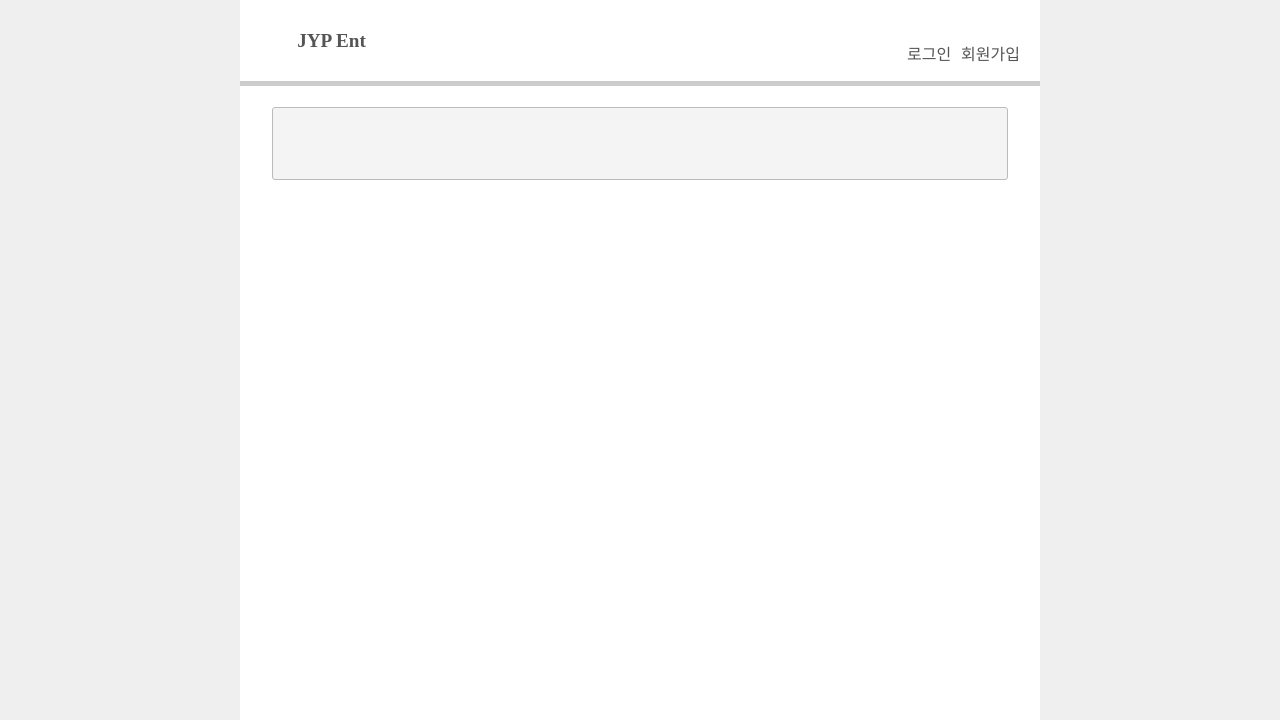
Repository: junyong231/JSP-SSIT
Page: http://localhost/jspPro/days03/ex10.jsp
The author's editor kept a copy of each file at every save. The page is drawn from the files as they stood at one save, then again after the next save.
The browser window is 1280 px wide. The pictures show the whole page.
Some web fonts or font styles are not loaded; a fallback is used. The page is served by Tomcat 9. Other server files are loaded and not shown.

Above is the page before, as saved 2024-10-17 07:48:37.

### jspPro/src/main/webapp/days03/ex10.jsp
<%@ page contentType="text/html; charset=UTF-8" pageEncoding="UTF-8"%>
<!DOCTYPE html>
<html>
<head>
<meta charset="UTF-8">
<title>Insert title here</title>
<link rel="shortcut icon" type="image/x-icon" href="http://localhost/jspPro/images/SiSt.ico">
<script src="https://ajax.googleapis.com/ajax/libs/jquery/3.7.1/jquery.min.js"></script>
<meta name="viewport" content="width=device-width, initial-scale=1.0">
<meta name="google" content="notranslate">
<link rel="stylesheet" href="http://localhost/jspPro/resources/cdn-main/example.css">
<script src="http://localhost/jspPro/resources/cdn-main/example.js"></script>
<style>
 span.material-symbols-outlined{
    vertical-align: text-bottom;
 }
</style>
</head>
<body>
<header>
  <h1 class="main"><a href="#" style="position: absolute;top:30px;">JYP Ent</a></h1>
  <ul>
    <li><a href="#">로그인</a></li>
    <li><a href="#">회원가입</a></li>
  </ul>
</header>
<div>
  <xmp class="code">

  </xmp>
</div>
</body>
</html>

### jspPro/src/main/webapp/resources/cdn-main/example.css
@charset "UTF-8";

@import url('https://fonts.googleapis.com/css2?family=Material+Symbols+Outlined:opsz,wght,FILL,GRAD@20..48,100..700,0..1,-50..200');

@font-face {
    font-family: 'GmarketSansMedium';
    src: url('https://cdn.jsdelivr.net/gh/projectnoonnu/noonfonts_2001@1.1/GmarketSansMedium.woff') format('woff');
    font-weight: normal;
    font-style: normal;
}

:root {
	--text-color: #555;
	--sub-text-color: #777;
	--back-color: #EFEFEF;
	--header-color: #444;
	--primary-color: #DEDEDE;
	--secondary-color: #EFEFEF;
	--default-width: 800px;
	--narrow-width: 500px;
	--wide-width: 1200px;
	--text-font: 'GmarketSansMedium';
	--icon-font: 'Material Symbols Outlined';
	--border-color: #CCC;
}

html, body {
	margin: 0;
	padding: 0;
}

html {
	background-color: var(--back-color);
	display: flex;
	justify-content: center;
	min-height: 100vh;
}

body, body.default {
	width: var(--default-width);
	background-color: white;
	padding-bottom: 120px;
}

body.wide {
	width: var(--wide-width);
}

body.narrow {
	width: var(--narrow-width);
}



body, p, div, span, a, input, select, option, textarea, button, table, th, td, label, fieldset, legend {
	font-family: var(--text-font);
	color: var(--text-color);
}

h1, h2, h3 {
	font-family: var(--text-font);
	color: var(--header-color);
	padding: 0 1rem;
	padding-top: .5rem;
}

div > h1, div > h2, div > h3 {
	padding: 0;
}

body > div, body > main > div {
	padding: 0.3rem 1rem;
}


h1 { font-size: 2rem; border-bottom: 1px solid var(--border-color); }
h1 small { font-size: 1.2rem; color: var(--sub-text-color); }
h2 { font-size: 1.5rem; border-bottom: 1px dashed var(--border-color); }
h2 small { font-size: 1.1rem; color: --sub-text-color; }
h3 { font-size: 1.2rem; }
h3 small { font-size: 1rem; color: --sub-text-color; }



h1.main::before {
	font-family: var(--icon-font);
  	content: '\e666';
  	margin-right: 10px;
  	float: left;
	font-size: 2.5rem;
}

h1.sub::before {
	font-family: var(--icon-font);
  	content: '\ea19';
  	margin-right: 10px;
  	float: left;
	font-size: 2.5rem;
}


h1.page::before {
	font-family: var(--icon-font);
  	content: '\e0e0';
  	margin-right: 10px;
  	float: left;
	font-size: 2.5rem;
}

body > header > ul > li > .active{
	background-color: #FFF;
	color:#F00;
}

body > header {
	display: flex;
	justify-content: space-between;
	border-bottom: 5px solid var(--border-color);
	min-height: 74px;
	background-color: #FFF;
}

body > header.sticky {
	position: sticky;
	top: 0;
	z-index: 98;
}

body > header > h1 {
	font-size: 1.2rem;
	border: 0;
}

body > header.in > h1::before {
	font-family: var(--icon-font);
  	content: '\e332‥';
  	margin-right: 3px;
  	float: left;
	font-size: 2rem;
}


body > header > ul {
	list-style-type: none;
	display: flex;
	align-items: flex-end;
	margin-right: 10px;
}

body > header > ul > li {
	margin-right: 10px;
	cursor: pointer;
}

body > header > ul > li > a {
	cursor: pointer;
}


form {
	display: block;
}

form > div {
	padding: 0.3rem 1rem;
}

div > form > div {
	padding: 0.3rem 0;
}

input, textarea, button, select {
	border: 1px solid #BBB;
	border-radius: 3px;
	outline: none;
	resize: none;
	padding: 7px;
	margin: 0;
}

input[type=text]:read-only, textarea:read-only {
	cursor: not-allowed;
	background-color: #FFF;
}

input[type=text]:disabled, textarea:disabled {
	cursor: not-allowed;
	background-color: #EEE;
}

input[type=text], input[type=password], textarea, button, select {
	/* width: 300px; */
}

textarea {
	display: block;
	height: 100px;
}

input[type=button], input[type=submit], button {
	/* width: inherit; */
}

input.short, textarea.short, button.short, select.short {
	width: 100px;
}

input.long, textarea.long, button.long, select.long {
	width: 350px;
}

.narrow input.long, .narrow textarea.long, .narrow button.long, .narrow select.long {
	width: calc(100% - 20px);
}

input.full, textarea.full, button.full, select.full {
	width: calc(100% - 20px);
}

textarea.short {
	height: 50px;
}

textarea.long {
	height: 100px;
}

textarea.full {
	height: 200px;
}

input, textarea {
	padding-top: 8px;
}

input[type=button], input[type=submit], button {
	padding: 5px 10px;
	background-color: var(--secondary-color);
	cursor: pointer;
	min-height: 36px;
}

input[type=button].primary, input[type=submit].primary, button.primary {
	/* background-color: rgba(100, 149, 237, .2); */
	background-color: var(--primary-color);
}

input[type=button].primary:hover, input[type=submit].primary:hover, button.primary:hover {
	/* background-color: rgba(100, 149, 237, .3); */
	background-color: var(--secondary-color);
}

input[type=button]:hover, input[type=submit]:hover, button:hover {
	background-color: var(--primary-color);
}

button {
	position: relative;
	left: 0;
	top: 0;
	padding-left: 35px;
}

button .material-symbols-outlined {
	position: absolute;
	left: 10px;
	top: 4px;
}

/* k2nik add */
button.login::before {
	font-family: var(--icon-font);
  	content: '\ea77';
	position: absolute;
	left: 11px;
	top: 4px;
	font-size: 1.25rem;
}

/* k2nik logout */
button.logout::before {
	font-family: var(--icon-font);
  	content: '\e9ba';
	position: absolute;
	left: 11px;
	top: 4px;
	font-size: 1.25rem;
}

/* k2nik help */
button.help::before {
	font-family: var(--icon-font);
  	content: '\f1c0';
	position: absolute;
	left: 11px;
	top: 4px;
	font-size: 1.25rem;
}

button.add::before{
	font-family: var(--icon-font);
  	content: '\e746';
	position: absolute;
	left: 11px;
	top: 4px;
	font-size: 1.25rem;
}

button.back::before {
	font-family: var(--icon-font);
  	content: '\e166';
	position: absolute;
	left: 11px;
	top: 4px;
	font-size: 1.25rem;
}

button.list::before {
	font-family: var(--icon-font);
  	content: '\e0ee';
	position: absolute;
	left: 11px;
	top: 4px;
	font-size: 1.25rem;
}


button.del::before {
	font-family: var(--icon-font);
  	content: '\e872';
	position: absolute;
	left: 11px;
	top: 4px;
	font-size: 1.25rem;
}


button.edit::before {
	font-family: var(--icon-font);
  	content: '\e745';
	position: absolute;
	left: 11px;
	top: 4px;
	font-size: 1.25rem;
}


button.login::before {
	font-family: var(--icon-font);
  	content: '\ea77';
	position: absolute;
	left: 11px;
	top: 4px;
	font-size: 1.25rem;
}


button.logout::before {
	font-family: var(--icon-font);
  	content: '\e9ba';
	position: absolute;
	left: 11px;
	top: 4px;
	font-size: 1.25rem;
}


button.in::before {
	font-family: var(--icon-font);
  	content: '\f71a';
	position: absolute;
	left: 11px;
	top: 4px;
	font-size: 1.25rem;
}


button.out::before {
	font-family: var(--icon-font);
  	content: '\f70e';
	position: absolute;
	left: 11px;
	top: 4px;
	font-size: 1.25rem;
}


button.reply::before {
	font-family: var(--icon-font);
  	content: '\e15e';
	position: absolute;
	left: 11px;
	top: 4px;
	font-size: 1.25rem;
}


button.comment::before {
	font-family: var(--icon-font);
  	content: '\e0b9';
	position: absolute;
	left: 11px;
	top: 4px;
	font-size: 1.25rem;
}


button.modal::before {
	font-family: var(--icon-font);
  	content: '\e89e';
	position: absolute;
	left: 11px;
	top: 4px;
	font-size: 1.25rem;
}


button.ok::before {
	font-family: var(--icon-font);
  	content: '\e86c';
	position: absolute;
	left: 11px;
	top: 4px;
	font-size: 1.25rem;
}


button.cancel::before {
	font-family: var(--icon-font);
  	content: '\e5c9';
	position: absolute;
	left: 11px;
	top: 4px;
	font-size: 1.25rem;
}

button.search::before {
	font-family: var(--icon-font);
  	content: '\e8b6';
	position: absolute;
	left: 11px;
	top: 4px;
	font-size: 1.25rem;
}

button.home::before {
	font-family: var(--icon-font);
  	content: '\e88a';
	position: absolute;
	left: 11px;
	top: 4px;
	font-size: 1.25rem;
}


button.sidebar::before {
	font-family: var(--icon-font);
  	content: '\f7e4';
	position: absolute;
	left: 11px;
	top: 4px;
	font-size: 1.25rem;
}


button.sidebar-right::before {
	font-family: var(--icon-font);
  	content: '\f7e5';
	position: absolute;
	left: 11px;
	top: 4px;
	font-size: 1.25rem;
}




button::before {
	font-family: var(--icon-font);
  	content: '\e323';
	position: absolute;
	left: 11px;
	top: 4px;
	font-size: 1.25rem;
}


table {
	border-collapse: collapse;
	margin: 1rem;
	box-sizing: border-box;
	width: calc(100% - 32px);
}

table.content {
	width: auto;
}

div > table {
	margin: 0;
}

table th, table td {
	border: 1px solid var(--border-color);
	padding: 7px;
	font-weight: normal;
}

table th {
	background-color: var(--back-color);
}

table.vertical th {
	width: 150px;
}

table.vertical td {
	width: calc(100% - 182px);
	padding-left: 10px;
}

table.content td, table.content th {
	width: auto;
}

body.narrow table.vertical th {
	width: 100px;
}

body.narrow table.vertical td {
	width: calc(100% - 182px);
}


table + table {
	margin-top: 30px;
}


p {
	padding: 0 1rem;
}

a {
	text-decoration: none;
}

a:hover {
	color: rgba(255, 99, 71, .7);
}

hr {
	border: 0;
	border-top: 1px solid var(--border-color);
	margin: 2rem 0;
}

.message {
	border: 1px solid var(--border-color);
	background-color: #EFEFEF;
	margin: 1rem;
	width: auto;
	padding-top: 10px;
	padding-bottom: 10px;
	font-size: 14px;
}

.message[title]::before {
	content: attr(title);
	display: block;
	border-bottom: 1px solid var(--border-color);
	padding-bottom: 5px;
	margin-bottom: 10px;
	margin-top: 7px;
}

.message.short {
	max-width: 250px;
}

.message.long {
	max-width: 500px;
}

.badge {
	float: right;
	font-size: .8rem;
	margin-top: 2px;
	margin-right: 2px;
	text-shadow: 0 0 7px gray;
}

.badge.left {
	float: none;
	margin-left: 2px;
}

.badge.right {
	float: right;
}

.badge.red {
	border-radius: 50%;
	padding: 2px 5px;
	background-color: rgb(255, 99, 71, .3);
}

.badge.yellow {

	border-radius: 50%;
	padding: 2px 5px;
	background-color: rgb(255, 215, 0, .5);
}

.badge.blue {
	border-radius: 50%;
	padding: 2px 5px;
	background-color: rgb(100, 149, 237, .3);
}

label + label {
	margin-left: 7px;
}

label input[type=checkbox], label input[type=radio] {
	transform: translate(0, 1px);
}

.group {
	display: flex;
}

.modal-content .group {
	margin-bottom: .5rem;
}

.group label {
	border: 1px solid #BBB;
	border-radius: 3px;
	outline: none;
	resize: none;
	padding: 7px 14px;
	margin: 0;
	border-top-right-radius: 0;
	border-bottom-right-radius: 0;
	background-color: #EFEFEF;
	white-space: nowrap;
	font-size: 14px;
}

.group input[type=text] {
	margin-left: -1px;
	border-top-left-radius: 0;
	border-bottom-left-radius: 0;
}

.group select {
	margin-left: -1px;
	border-top-left-radius: 0;
	border-bottom-left-radius: 0;
}

.group input.full[type=text] {
	margin-left: -1px;
	border-top-left-radius: 0;
	border-bottom-left-radius: 0;
	width: 100%;
}

.group input[type=button]:first-child, .group button:first-child {
	border-top-left-radius: 3px;
	border-bottom-left-radius: 3px;
	margin-left: 0px;
}

.group input[type=button], .group button {
	border-radius: 0;
	margin-left: -1px;
}

.group input[type=button]:last-child, .group button:last-child {
	margin-left: -1px;
	border-top-right-radius: 3px;
	border-bottom-right-radius: 3px;
}

.seperate {
	display: flex;
	justify-content: space-between;
}

div.list {
	width: max-content;
	margin: 1rem;
	border: 1px solid #BBB;
	border-radius: 3px;
	padding: 0;
}

div.list.full {
	width: auto;
	display: block;
	margin: 1rem;
	border: 1px solid #BBB;
	border-radius: 3px;
	padding: 0;
}

div.list > div {
	padding: .5rem 1rem;
	margin: 0;
	border-bottom: 1px solid #BBB;
}

div.list > div:last-child {
	border-bottom: 0;
}

pre.code , xmp.code{
	font-family: consols;
	background-color: rgba(150, 150, 150, .1);
	border: 1px solid #BBB;
	border-radius: 3px;
	padding: .5rem 1rem;
	padding-bottom: .6rem;
	margin: 1rem;
}




*[data-modal-window] {
	position: fixed;
	background-color: rgba(0, 0, 0, .3);
	left: 0;
	top: 0;
	display: none;
	justify-content: center;
	align-items: flex-start;
	width: 100%;
	min-height: 100vh;
	z-index: 100;
	opacity: 0;
	transition: 500ms all;
}

*[data-modal-window] .modal-container {
	border-radius: 5px;
	padding: 1rem;
	padding-bottom: .5rem;
	margin-top: -500px;
	opacity: 0;
	width: 500px;
	background-color: #FFF;
	margin-right: 2rem;
	transition: 500ms all;
}

*[data-modal-size=content] .modal-container {
	width: auto;
}

*[data-modal-size=narrow] .modal-container {
	width: 300px;
}

*[data-modal-size=wide] .modal-container {
	width: 760px;
}


*[data-modal-window] .modal-header {
	border-bottom: 1px solid var(--border-color);
	padding: 2px 5px;
}

*[data-modal-window] .modal-content {
	padding: 1rem 5px;
}

*[data-modal-window] .modal-content div:last-child {
	margin-top: 1rem;
	text-align: right;
}



*[data-sidebar-window] {
	position: fixed;
	background-color: #FFF;
	left: 0;
	top: 0;
	display: block;
	width: 300px;
	border-right: 1px solid var(--border-color);
	box-sizing: border-box;
	box-shadow: 0 0 3px var(--back-color);
	min-height: 100vh;
	z-index: 99;
	transform: translate(-300px, 0);
	transition-duration: 500ms;
	transition-property: transform;
}

*[data-sidebar-direction=right] {
	left: auto;
	right: 0;
	transform: translate(300px, 0);
	border-left: 1px solid var(--border-color);
}

*[data-sidebar-size=wide] {
	width: 500px;
	transform: translate(-500px, 0);
}

*[data-sidebar-window] .sidebar-title {
	border-bottom: 1px solid var(--border-color);
	margin-top: 20px;
	margin-bottom: 20px;
	padding-bottom: 5px;
	display: flex;
	justify-content: space-between;
}

*[data-sidebar-window] .sidebar-title span:last-child {
	cursor: pointer;
}


/* K2Nik pagination */
.center {
  text-align: center;
}

.pagination {
  display: inline-block;
}

.pagination a {
  color: black;
  float: left;
  padding: 3px 6px;
  text-decoration: none;
  transition: background-color .3s;
  border: 1px solid #ddd;
  margin: 0 3px;
}

.pagination a.active {
  background-color: #4CAF50;
  color: white;
  border: 1px solid #4CAF50;
}

.pagination a:hover:not(.active) {background-color: #ddd;}

### jspPro/src/main/webapp/resources/cdn-main/example.js

window.onload = () => {

    const list = document.querySelectorAll('input, textarea');

    list.forEach(item => {
        item.setAttribute('autocomplete', 'off');
    });


    const modal_btn_list = document.querySelectorAll('*[data-modal-button]');

    modal_btn_list.forEach(item => {
        item.onclick = function() {

            const name = this.dataset['modalButton'];
            const modal_window = document.querySelector('*[data-modal-window=' + name);

            const container = document.createElement('div');
            container.className = 'modal-container';



            const modal_header = document.createElement('div');
            modal_header.textContent = modal_window.dataset['modalTitle'];
            modal_header.className = 'modal-header';
            container.appendChild(modal_header);

            const modal_content = document.createElement('div');
            modal_content.className = 'modal-content';
            container.appendChild(modal_content);

            Array.from(modal_window.childNodes).forEach(item => {
                modal_content.appendChild(item);
            });

            modal_window.appendChild(container);

            modal_window.style.display = 'flex';

            setTimeout(() => {
                modal_window.style.opacity = 1;
                container.style.marginTop = '20px';
                container.style.opacity = 1;
            }, 50);


            const modal_ok = document.querySelector('*[data-modal-ok=' + name);
            modal_ok.addEventListener('click', function() {
                modal_window.style.opacity = 0;
                container.style.marginTop = '-500px';
                container.style.opacity = 0;

                setTimeout(() => {
                    modal_window.innerHTML = modal_content.innerHTML;
                    modal_window.style.display = 'none';
                }, 500);

            });

            const modal_cancel = document.querySelector('*[data-modal-cancel=' + name);
            modal_cancel.addEventListener('click', function() {

                modal_window.style.opacity = 0;
                container.style.marginTop = '-500px';
                container.style.opacity = 0;

                setTimeout(() => {
                    modal_window.innerHTML = modal_content.innerHTML;
                    modal_window.style.display = 'none';
                }, 500);
            });


        };
    });


    const sidebar_btn_list = document.querySelectorAll('*[data-sidebar-button]');

    sidebar_btn_list.forEach(item => {
        item.onclick = function() {



            const name = this.dataset['sidebarButton'];
            const sidebar_window = document.querySelector('*[data-sidebar-window=' + name);

            if (sidebar_window.style.transform == 'translate(0px, 0px)') return;



            sidebar_window.style.transform = 'translate(0, 0)';

            const sidebar_title = document.createElement('div');
            sidebar_title.className = 'sidebar-title';
            sidebar_title.innerHTML = '<span>' + sidebar_window.dataset['sidebarTitle'] + '</span><span class="material-symbols-outlined">close</span>';

            sidebar_title.children[1].onclick = function() {

                let sign = 1;
                let distance = 300;

                if (sidebar_window.dataset['sidebarDirection'] != 'right') {
                    sign = -1;
                } else {
                    sign = 1;
                }

                if (sidebar_window.dataset['sidebarSize'] != 'wide') {
                    distance = 300;
                } else {
                    distance = 500;
                }

                distance *= sign;

                sidebar_window.style.transform = 'translate(' + distance + 'px, 0)';

                setTimeout(function() {
                    sidebar_window.removeChild(sidebar_window.children[0]);
                }, 500);
            };


            sidebar_window.prepend(sidebar_title);

        }
    });

};

// window.onkeydown = function(event) {

//     if (event.keyCode == 27) {
//         if (document.querySelector('[data-modal-window').style.display == 'flex') {
//             document.querySelector('[data-modal-window').style.display = 'none';
//         }
//     }

// };

After the next save:
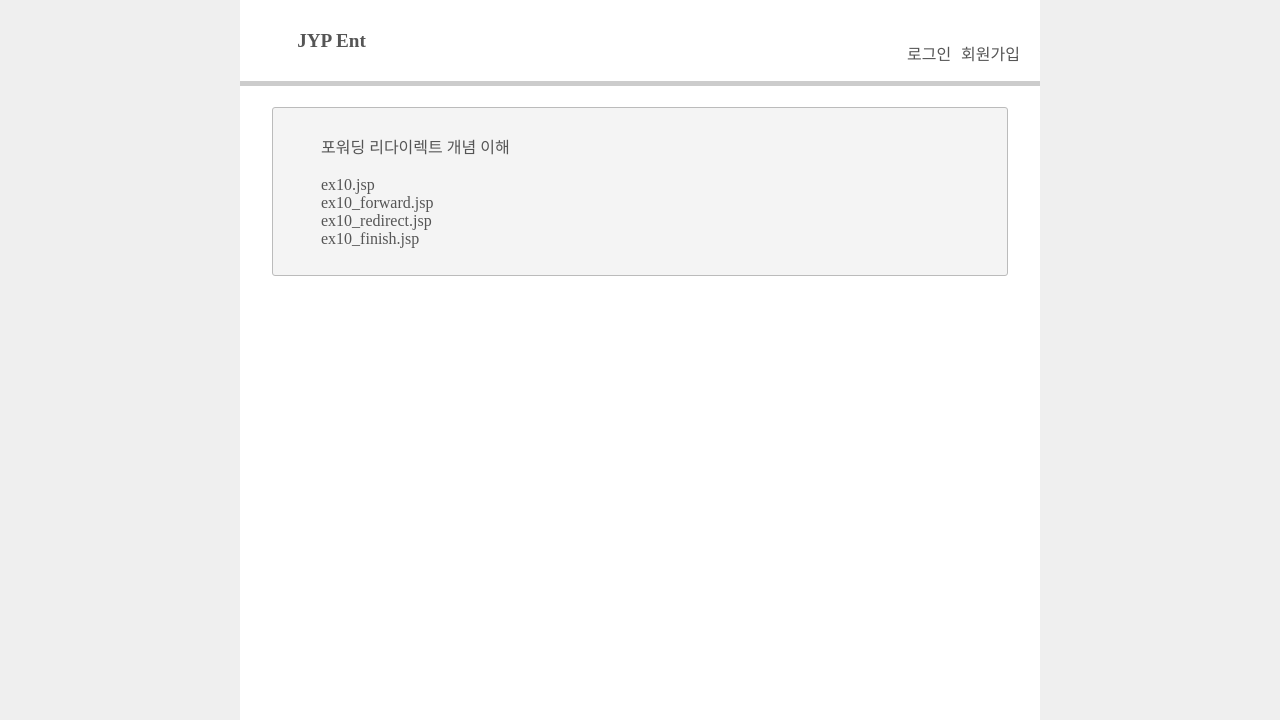
Saved 57 s later.
--- a/jspPro/src/main/webapp/days03/ex10.jsp
+++ b/jspPro/src/main/webapp/days03/ex10.jsp
@@ -26,7 +26,12 @@
 </header>
 <div>
   <xmp class="code">
+    	포워딩 리다이렉트 개념 이해
 
+    	ex10.jsp
+    	ex10_forward.jsp
+    	ex10_redirect.jsp
+    	ex10_finish.jsp
   </xmp>
 </div>
 </body>
